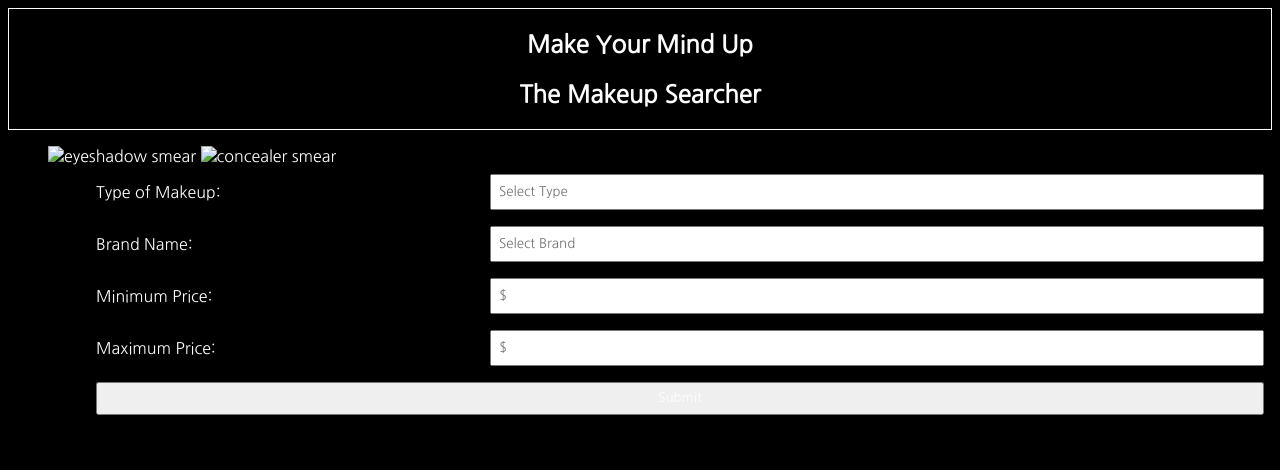
Repository: kaitlynMidori/MakeMeUp
Page: index.html
These files come from the project's save history. The page is drawn as it stood at one moment and after the next save; the edit follows.
The browser window is 1280 px wide. The pictures show the whole page.

Above is the page before, as saved 2020-12-08 15:13:58.

### index.html
<!DOCTYPE html>
<html>

<head>
    <meta charset="utf-8">
    <meta name="viewport" content="width=device-width">
    <title>Make Me Up</title>
    <link href="style.css" rel="stylesheet" type="text/css" />
    <link rel="preconnect" href="https://fonts.gstatic.com">
    <link href="https://fonts.googleapis.com/css2?family=Nanum+Gothic&display=swap" rel="stylesheet">
</head>

<header>
    <h2>Make Your Mind Up</h2>
    <h2>The Makeup Searcher</h2>
</header>

<body>

    <div class="container">
        <ul class=""
        <img src="" alt="lipgloss smear">
        <img src="" alt="eyeshadow smear">
        <img src="" alt="concealer smear">
        <form id="js-form">
            <ul class="formWrapper">
                <li class= "form-row">
                    <label class="search-term" for="product-type">Type of Makeup:</label>
                    <input class="product-type input" type="text" name="product-type" id="product-type" placeholder="Select Type" list="product-type-list">
                    <datalist id="product-type-list">
                        <option value="Blush">
                        <option value="Bronzer">
                        <option value="Eyebrow">
                        <option value="Eyeliner">
                        <option value="Eyeshadow">
                        <option value="Foundation">
                        <option value="Lip Liner">
                        <option value="Lipstick">
                        <option value="Mascara">
                        <option value="Nail Polish">
                </datalist>
            </li>

            <li class="form-row">
                <label class="search-term" for="brand">Brand Name:</label>
                <input class="brand input" type="text" name="brand" id="brand" placeholder="Select Brand" list="brand-list">
                <datalist id="brand-list">
                    <option value="Almay">
                    <option value="Alva">
                    <option value="Anna Sui">
                    <option value="Annabelle">
                    <option value="Benefit">
                    <option value="Boosh">
                    <option value="Burt's Bees">
                    <option value="Butter London">
                    <option value="C'est Moi">
                    <option value="Cargo Cosmetics">
                    <option value="China Glaze">
                    <option value="Clinique">
                    <option value="Coastal Classic Creation">
                    <option value="Colourpop">
                    <option value="Covergirl">
                    <option value="Dalish">
                    <option value="Deciem">
                    <option value="Dior">
                    <option value="Dr. Hauschka">
                    <option value="e.l.f">
                    <option value="Essie">
                    <option value="Fenty">
                    <option value="Glossier">
                    <option value="Green People">
                    <option value="Iman">
                    <option value="L'oreal">
                    <option value="Lotus Cosmetics USA">
                    <option value="Maia's Mineral Galaxy">
                    <option value="Marcelle">
                    <option value="Marienatie">
                    <option value="Maybelline">
                    <option value="Milani">
                    <option value="Mineral Fusion">
                    <option value="Misa">
                    <option value="Mistura">
                    <option value="Moov">
                    <option value="Nudus">
                    <option value="NYX">
                    <option value="ORLY">
                    <option value="Pacifica">
                    <option value="Penny Lane Organics">
                    <option value="Physicians Formula">
                    <option value="Piggy Paint">
                    <option value="Pure Anada">
                    <option value="Rejuva Minerals">
                    <option value="Revlon">
                    <option value="Sally B's Skin Yummies">
                    <option value="Salon Perfect">
                    <option value="Sante">
                    <option value="Sinful Colours">
                    <option value="Smashbox">
                    <option value="Stila">
                    <option value="Suncoat">
                    <option value="w3llpeople">
                    <option value="wet n wild">
                    <option value="Zorah">
                    <option value="Zorah Biocosmetiques">
                </datalist>
            </li>

            <li class="form-row">
                <label class="search-term" for="min-price">Minimum Price:</label>
                <input class="min-price input" type="number" name="min-price" id="min-price-input" placeholder="$">
            </li>

            <li class="form-row">
                <label class="search-term" for="max-price">Maximum Price:</label>
                <input class="max-price input" type="number" name="max-price" id="max-price-input" placeholder="$">
            </li>

        <li class="form-row">
            <input id="submit-btn" type="submit" value="Submit">
        </li>
        </ul>
        </form>

        <p id="js-error-message" class="error-message"></p>

        <section id="yt-results" class="hidden">
            <h2>Videos</h2>
            <ul id="yt-results-list">
            </ul>
        </section>

        <section id="results" class="hidden">
            <h2>Results</h2>
            <ul id="results-list">
            </ul>
        </section>
    </div>

    <script src="https://code.jquery.com/jquery-3.3.1.js" integrity="sha256-2Kok7MbOyxpgUVvAk/HJ2jigOSYS2auK4Pfzbm7uH60=" crossorigin="anonymous"></script>
    <script src="script.js"></script>

</body>

</html>

### style.css
.hidden {
    display: none;
}

* {
    font-family: 'Nanum Gothic', sans-serif;
    color: #fbfefb;
}

/* header styling */
header {
    background-color: black;
    border-style: solid;
    border-width: thin;
    border-color: #fbfefb;
}

h2 {
    text-align: center;
}

/* Body styling */
body {
    background-color:black;
}

/* Form styling */
.wrapper {
    background-color: black;
    list-style-type: none;
    padding: 0;
    border-style: solid;
    border-width: thin;
    border-color: #fbfefb;
}

.form-row {
    display: flex;
    justify-content: center;
    padding: .5em;
}

.form-row >label {
    padding: .5em 1em .5em 0;
    flex: 1;
}

.form-row > input {
    flex: 2;
}

.form-row > input,
.form-row > button {
    padding: .5em;
}

.form-row > button {
    background: gray;
    color: white;
    border: 0;
}

/* results styling */
#results {
    text-align: center;
    justify-content: center;
}

#results-list {
    background-color: gray;
}

### script.js
'use strict';

const makeupURL = 'https://makeup-api.herokuapp.com/api/v1/products.json';

//watch form
//prevent submit btn default
//collect values for user input
function watchForm() {
    $('form').submit(event => {
        event.preventDefault();
        const searchTerm = $('#product-type').val();
        const brand = $('#brand').val();
        const minPrice = $('#min-price-input').val();
        const maxPrice = $('#max-price-input').val();
        getMakeUp(searchTerm, brand, minPrice, maxPrice);
        // getYoutubeVideo(searchTerm, brand);
    });
}

//format url
function formatQueryParams(params) {
    const queryItems = Object.keys(params)
        .map(key => `${encodeURIComponent(key)}=${encodeURIComponent(params[key])}`)
    return queryItems.join('&');
}

function getMakeUp(searchTerm, brand, minPrice, maxPrice) {
    const params = {
        product_type: searchTerm,
        brand: brand,
        price_greater_than: minPrice,
        price_less_than: maxPrice,
    };

    const queryString = formatQueryParams(params)
    const url = makeupURL + '?' + queryString;
    console.log(url);

    fetch(url)
        .then(response => {
            if (response.ok) {
                return response.json();
            }
            throw new Error(response.statusText);
        })
        .then(responseJson => displayResults(responseJson))
        .catch(err => {
            $('#js-error-message').text(`Something went wrong: ${err.message}`);
        });
}

function displayResults(responseJson) {
    // if there are previous results, remove them
    console.log(responseJson);
    $('#results-list').empty();

    //if there are no results, display a msg
    if (!Object.keys(responseJson).length) {
        $('#results-list').append(`<h2>Sorry, No Products Found For That Make-Up and/or Brand</h2>`);
    }
    // iterate through the items array
    for (let i = 0; i < responseJson.length; i++) {

        // for each makeup object in the items array, add a list item to the results
        //list with the full name, img, price, description, url
        $('#results-list').append(
            `<li class="each-product-result">
      <h3 class="product-name">${responseJson[i].name}</h3>
      <img class="product-img" src="${responseJson[i].image_link}">
      <p class="product-price">$${responseJson[i].price}</p>
      <p class="product-description">${responseJson[i].description}</p>
      </li>`
        )
    };

    //display the results section
    $('#results').removeClass('hidden');

    //clear input after results load
    $('#product-type').val('')
    $('#brand').val('')
    $('#min-price-input').val('');
    $('#max-price-input').val('');
};

$(watchForm);

After the next save:
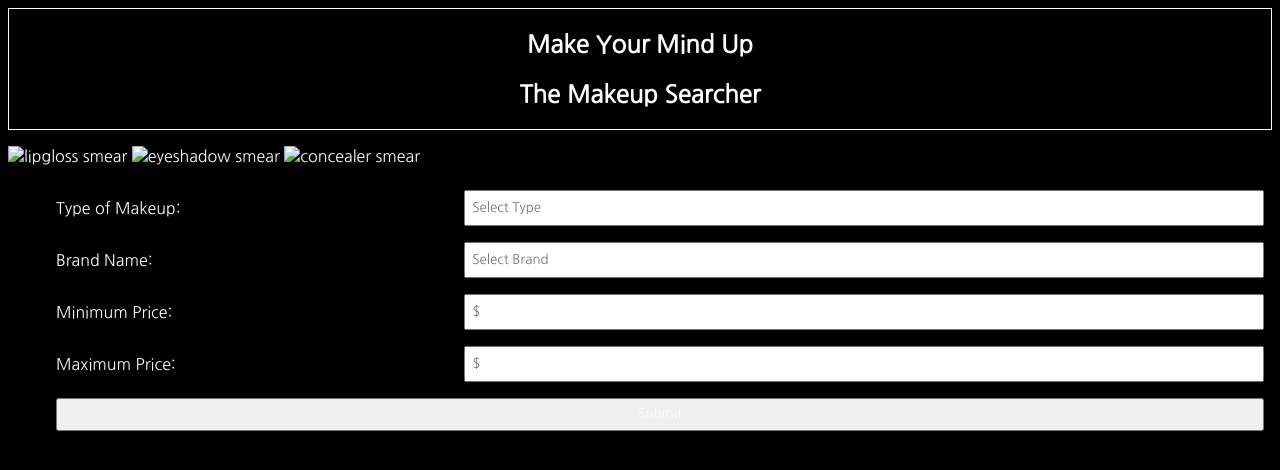
Saved 34 s later.
--- a/index.html
+++ b/index.html
@@ -18,7 +18,7 @@
 <body>
 
     <div class="container">
-        <ul class=""
+        <ul class=""></ul>
         <img src="" alt="lipgloss smear">
         <img src="" alt="eyeshadow smear">
         <img src="" alt="concealer smear">
